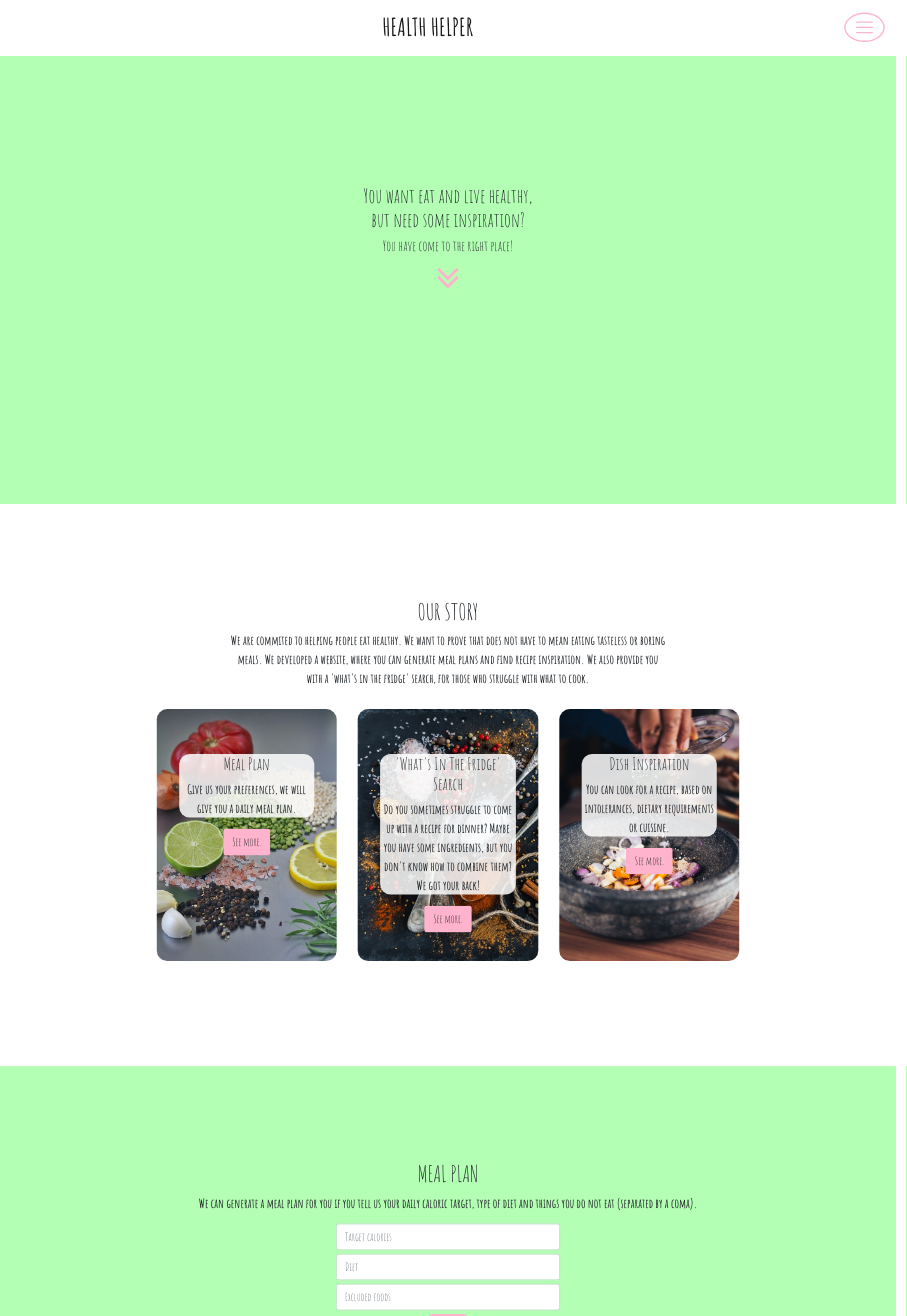
Repository: diovcharova/milestoneproject2
Page: index.html
The author's editor kept a record of every edit. The page is drawn from the files as they stood at one moment, then again after the next edit.
The browser window is 1280 px wide. The page is 1295 px wide, so the pictures cover 1295 px, including what lies to the right of the window. The pictures show the part of the page from y = 0 to 1880 px (the page is 4429 px tall), at 70% of full size.

Above is the page before.
Console error: ReferenceError: emailjs is not defined

After the next edit:
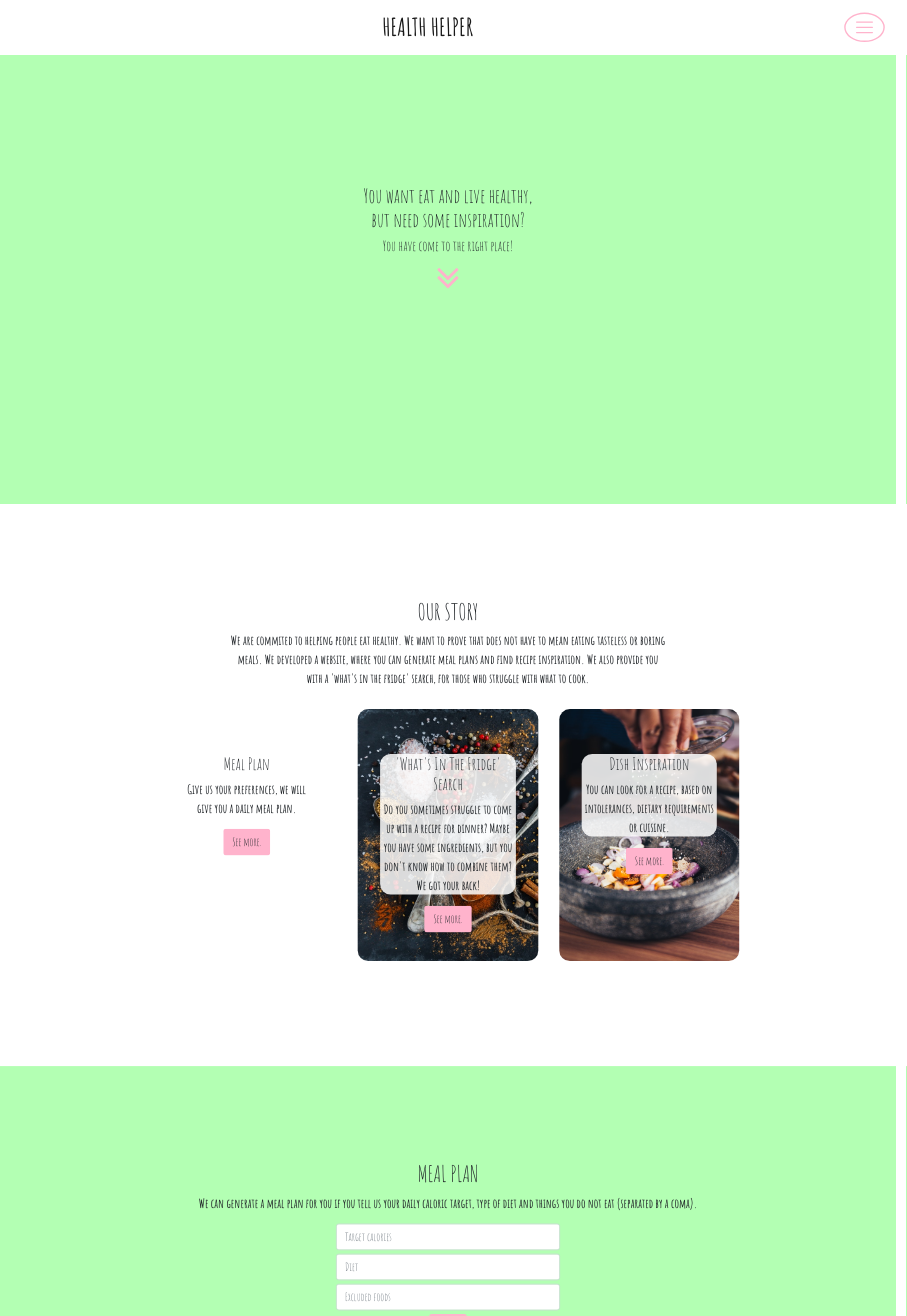
The edit:
--- a/index.html
+++ b/index.html
@@ -80,7 +80,7 @@
             </div>
             <div class="row">
                 <div class="col-xl"></div>
-                <div class="col-md section-container jumbotron nutrientsection ">
+                <div class="col-md section-container jumbotron mealplansection ">
                     <div class="container-section">
                         <h4 class="text-capitalize">Meal Plan</h4>
                         <p>Give us your preferences, we will give you a daily meal plan.</p>
